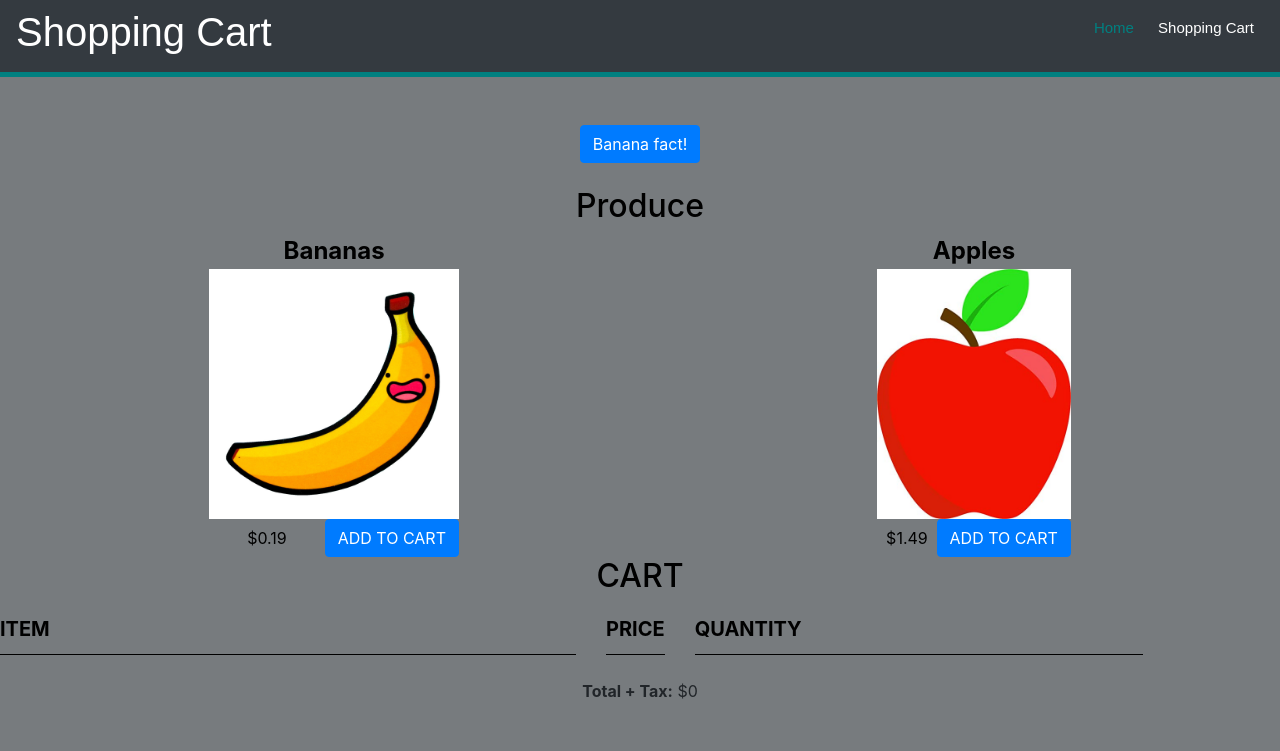
Repository: ElijahHallera/336-Internet-Prog
Page: cst336_s2020Assignment2-master/cst336_s2020Assignment2-master/shoppingcart.html
The author's editor kept a record of every edit. The page is drawn from the files as they stood at one moment, then again after the next edit.
The browser window is 1280 px wide. The pictures show the whole page.

Above is the page before.

### cst336_s2020Assignment2-master/cst336_s2020Assignment2-master/shoppingcart.html
<!DOCTYPE html>
<html>
    <head>
        <meta charset = "utf-8">
        <title>Project 2</title>
        <link href="https://stackpath.bootstrapcdn.com/bootstrap/4.4.1/css/bootstrap.min.css"
        rel="stylesheet"
        integrity="sha384-Vkoo8x4CGsO3+Hhxv8T/Q5PaXtkKtu6ug5TOeNV6gBiFeWPGFN9MuhOf23Q9Ifjh"
        crossorigin="anonymous">
        <link href="https://fonts.googleapis.com/css?family=Raleway&display=swap" rel="stylesheet">
        <script src="https://ajax.aspnetcdn.com/ajax/jQuery/jquery-3.4.1.min.js"></script>
        <script src = "https://cdnjs.cloudflare.com/ajax/libs/underscore.js/1.9.1/underscore-min.js"></script>
        <link href = "css/app.css" rel = "stylesheet" type = "text/css">
        <script src = "js/javascript.js" async></script>
    </head>

    <body class = "text-center">
        <header id = "shoppingHEADER">
            <nav class="navbar navbar-dark bg-dark">
              <h1> Shopping Cart </h1>
                    <ul>
                        <li> <a href = "index.html" class = "shoppingA"> Home </a> </li>
                        <li> <a href = "shoppingcart.html" id = "currentPage" class = "shoppingA"> Shopping Cart </a> </li>
                    </ul>
            </nav>
        </header>
		</br>
		</br>

        <section>
            <button id = "fun-fact" class = "btn btn-primary"> Banana fact! </button>
		    </br>
		    </br>
            <h2>Produce</h2>
            <div class="items">
            <div>
                <span class="title">Bananas</span>
                <img class="food_image" src="images/banana-sticker.jpg">
                <div class="details">
                    <span class="shop_price">$0.19</span>
                    <button class="btn btn-primary shop_button" type="button">ADD TO CART</button>
            </div>

            </div>
            <div>
                <span class="title">Apples</span>
                <img class="food_image" src="images/Apple.jpg">
                <div class="details">
                    <span class="shop_price">$1.49</span>
                    <button class="btn btn-primary shop_button" type="button">ADD TO CART</button>
                </div>
            </div>
            </div>
        </section>

        <section>
            <h2>CART</h2>
            <div class="list">
                <span class="cart-item cart-header cart-column">ITEM</span>
                <span class="cart-price cart-header cart-column">PRICE</span>
                <span class="cart-quantity cart-header cart-column">QUANTITY</span>
            </div>
            <div class="cart-items">
            </div>
            </br>
            <div class="cart-total">
                <strong class="cart-total-title">Total + Tax:</strong>
                <span class="total-price">$0</span>
            </div>
            </br>
            </br>
        </section>

    </body>
</html>

### cst336_s2020Assignment2-master/cst336_s2020Assignment2-master/css/app.css
body{
    background-color: #777B7E;
}

h2{
    color: black;
}

h5{
    font-family: "Montserrat", sans-serif;
    color: black;
    font-size: 50px;
}

p{
    font-family: "Montserrat", sans-serif;
    font-size: 20px;
    color: black;
}

header {
    color: white;
    font-family: "Montserrat", sans-serif;
    font-size: 15px;
    justify-content: space-between;
    align-items: center;
    border-bottom: 5px solid #86C232;
}

nav li:hover{ /*pseudo class*/
    font-size: 1.10em;
    transition: .9s; /* transition effect */
}

li {
    list-style: none; /*gets rid of bullet points*/
    display: inline-block; /* allows me to get horizontal tabs */
    padding-left: 10px;
    padding-right: 10px;
}

a { /* links within "nav" container */
    font-size: 1em;
    color: #86C232; /* by default, links are blue */
    border-radius: 15px;
    justify-content: space-between;
}

.shoppingA{
    font-size: 1em;
    color: teal; /* by default, links are blue */
    border-radius: 15px;
    justify-content: space-between;
}

.homeA{
    font-size: 1em;
    color: red; /* by default, links are blue */
    border-radius: 15px;
    justify-content: space-between;
}

.flex-container {
	display: flex;
	flex-wrap: wrap;
	flex-direction: row;
	justify-content: center;
}

.flex-item {
	width: 25%;
	margin: 10px;
}

.flex-item > img {
	width: 50%;
}

.shop-item {
    margin: 30px;
}

.title {
    display: block;
    width: 100%;
    text-align: center;
    font-weight: bold;
    font-size: 1.5em;
    color: black;
}

.food_image { /* makes each image the same height */
    height: 250px;
}

.details {
    display: flex;
    align-items: center;
}

.shop_price { /* makes price black */
    flex-grow: 1;
    color: black;
}

.items { /* puts the items next to eachother */
    display: flex;
    flex-wrap: wrap;
    justify-content: space-around;
}

.cart-header {
    font-weight: bold;
    font-size: 1.25em;
    color: black;
}

.cart-column {
    display: flex;
    align-items: center;
    border-bottom: 1px solid black;
    margin-right: 1.5em;
    padding-bottom: 10px;
    margin-top: 10px;
}

.list { /* puts the items in a column */
    display: flex;
}

.cart-item {
    width: 45%;
}

.cart-quantity {
    width: 35%;
}

.cart-item-image { /*makes image smaller in cart */
    width: 75px;
    height: auto;
    border-radius: 10px;
}

.cart-total-price { /* makes the price black and increase size a bit */
    color: black;
    font-size: 1.1em;
}

#quantity{
    display: flex;
	flex-direction: row;
	align-items: center;
	justify-content: space-between;
}

#currentPage {
    font-size: 1em;
    text-decoration: none; /* removes underline */
    color: white; /* by default, links are blue */
}


#shoppingHEADER{
    color: white;
    font-family: "Montserrat", sans-serif;
    font-size: 15px;
    justify-content: space-between;
    align-items: center;
    border-bottom: 5px solid teal;
}

#homeHEADER{
    color: white;
    font-family: "Montserrat", sans-serif;
    font-size: 15px;
    justify-content: space-between;
    align-items: center;
    border-bottom: 5px solid red;
}

### cst336_s2020Assignment2-master/cst336_s2020Assignment2-master/js/javascript.js
$("#banana-fact").on('click', function(){
	$(this).html("A green banana has very high starch content – as the fruit yellows, this starch turns into sugars.");
	$(this).css("background-color", "yellow");
	$(this).css("color", "black");
});

$("#apple-fact").on('click', function(){
	$(this).html(" If you’ve ever wondered why apples float it’s because they’re 25 percent air, giving us the ability to bob for apples in a barrel of water.");
	$(this).css("background-color", "red");
});


if (document.readyState == 'loading') {
    document.addEventListener('DOMContentLoaded', ready);
} else {
    ready();
}

function ready() {
    var Inputs = document.getElementsByClassName('cart-input');
    for (var i = 0; i < Inputs.length; i++) {
        var input = Inputs[i];
        input.addEventListener('change', Changed);
    }

    var addToCart = document.getElementsByClassName('shop_button');
    for (var i = 0; i < addToCart.length; i++) {
        var button = addToCart[i];
        button.addEventListener('click', Clicked);
    }
}

function Changed(event) {
    var input = event.target;
    if (isNaN(input.value) || input.value <= -1) {
        input.value = 1;
    }
    update();
}

function Clicked(event) {
    var button = event.target;
    var shopItem = button.parentElement.parentElement;
    var title = shopItem.getElementsByClassName('title')[0].innerText;
    var price = shopItem.getElementsByClassName('shop_price')[0].innerText;
    var imageSrc = shopItem.getElementsByClassName('food_image')[0].src;
    addCart(title, price, imageSrc);
    update();
}

function addCart(title, price, imageSrc) {
    var cartRow = document.createElement('div');
    cartRow.classList.add('list');
    var cartItems = document.getElementsByClassName('cart-items')[0];
    var Items = cartItems.getElementsByClassName('item-title');
    for (var i = 0; i < Items.length; i++) {
        if (Items[i].innerText == title) {
            alert('This item is already added to the cart');
            return;
        }
    }

    var cartContents = ` <div class="cart-item cart-column"> <img class="item-image" src="${imageSrc}" width="100" height="100">
                         <span class="item-title">${title}</span></div> <span class="cart-price cart-column">${price}</span>
                         <div class="cart-quantity cart-column"> <input class="cart-input" type="number" value="1"></div>`;
    cartRow.innerHTML = cartContents;
    cartItems.append(cartRow);
    cartRow.getElementsByClassName('cart-input')[0].addEventListener('change', Changed);
}

function update() {
    var cartItemContainer = document.getElementsByClassName('cart-items')[0];
    var cartRows = cartItemContainer.getElementsByClassName('list');
    var total = 0;
    for (var i = 0; i < cartRows.length; i++) {
        var cartRow = cartRows[i];
        var priceElement = cartRow.getElementsByClassName('cart-price')[0];
        var quantityElement = cartRow.getElementsByClassName('cart-input')[0];
        var price = parseFloat(priceElement.innerText.replace('$', ''));
        var quantity = quantityElement.value;
        total = total + ((price * quantity) + ((price * quantity) *.0875));
    }
    total = Math.round(total * 100) / 100;
    document.getElementsByClassName('total-price')[0].innerText = '$' + total;
}

After the next edit:
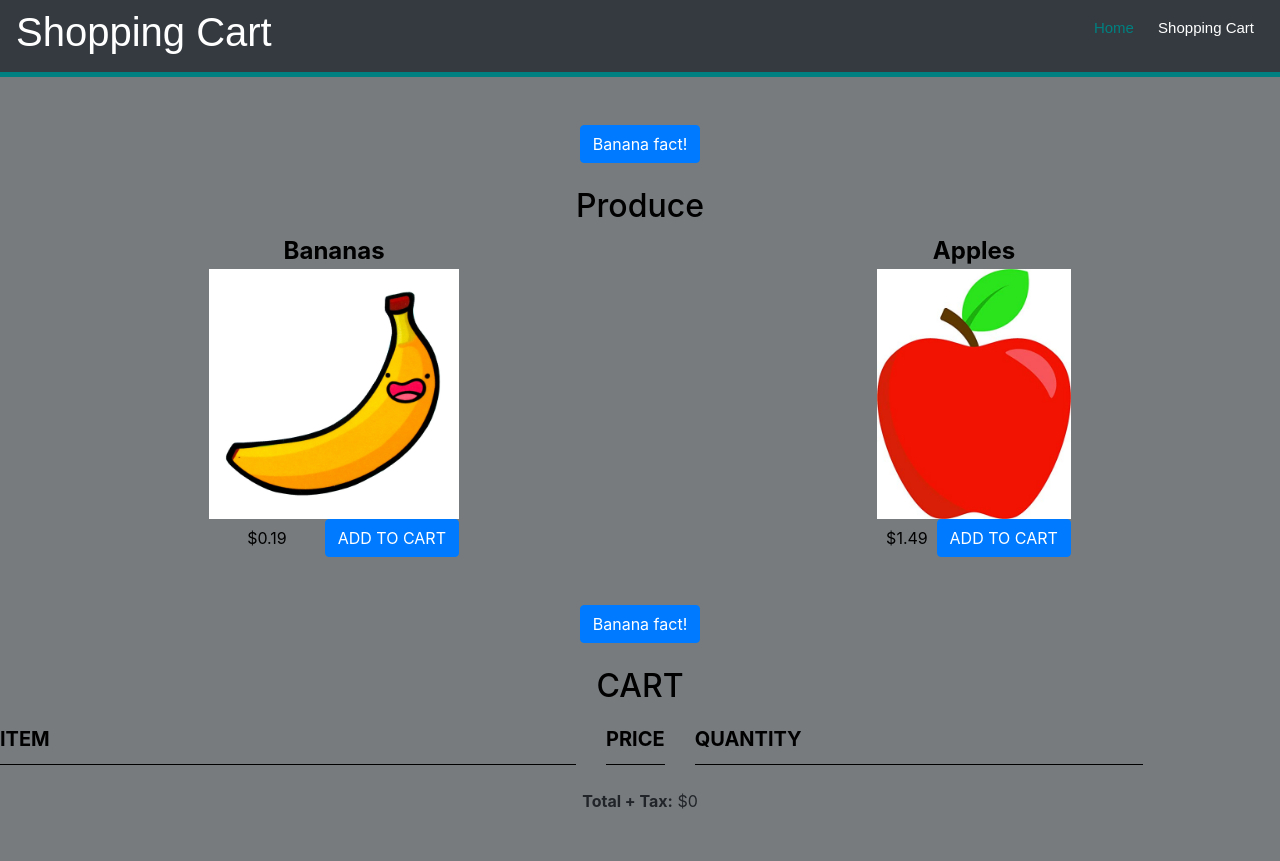
The edit:
--- a/cst336_s2020Assignment2-master/cst336_s2020Assignment2-master/shoppingcart.html
+++ b/cst336_s2020Assignment2-master/cst336_s2020Assignment2-master/shoppingcart.html
@@ -53,6 +53,12 @@
             </div>
         </section>
 
+        </br>
+		</br>
+        <button id = "fun-fact" class = "btn btn-primary"> Banana fact! </button>
+		    </br>
+		    </br>
+
         <section>
             <h2>CART</h2>
             <div class="list">
